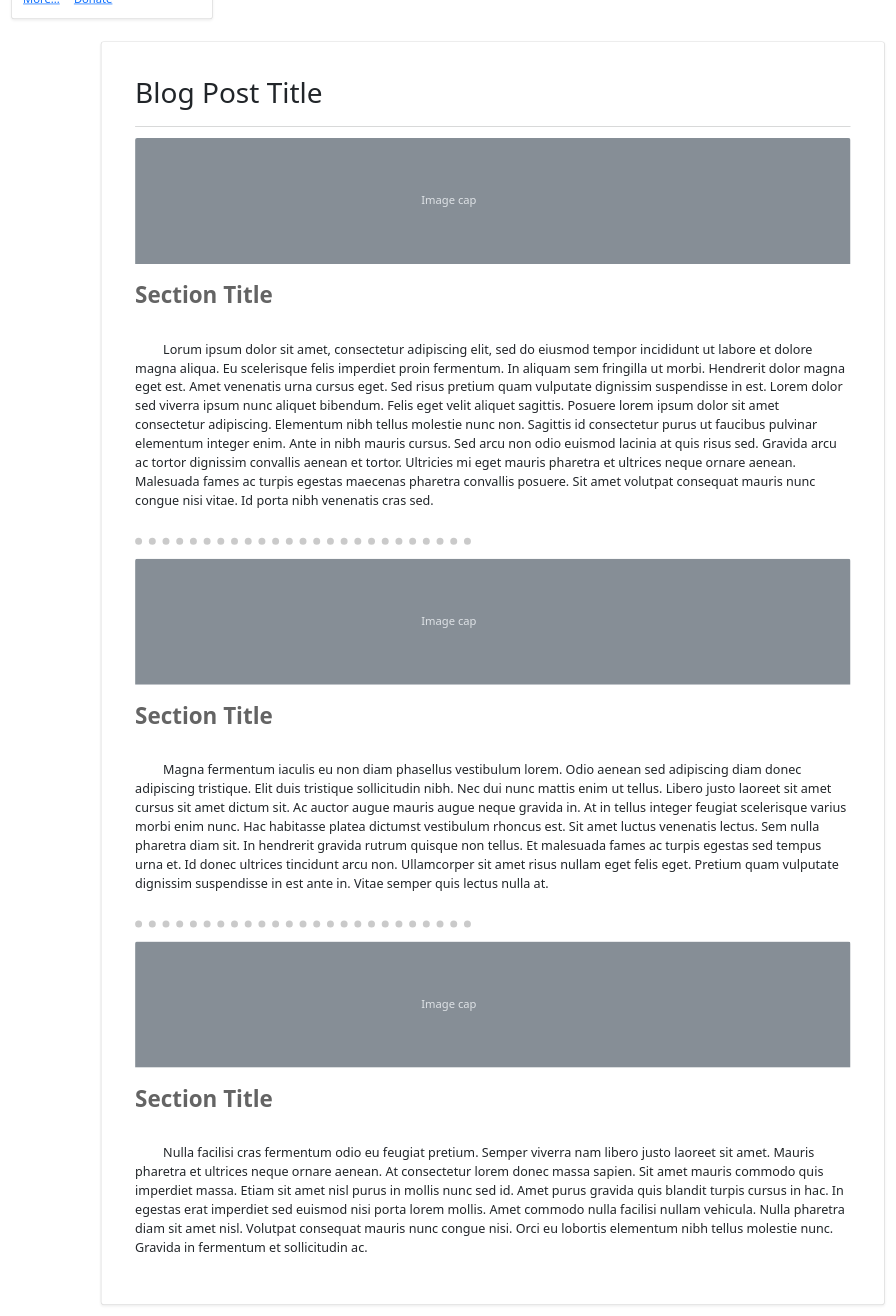
Repository: LublubXT/Azi-Tec-Team
Page: views/templates/blogs/personalblog/home.html
These files come from the project's save history. The page is drawn as it stood at one moment and after the next save; the edit follows.
The browser window is 1280 px wide. The pictures show the part of the page from y = 1423 to 3343 px (the page is 3303 px tall before and 3343 px after), at 70% of full size.

Above is the page before, as saved 2021-03-11 09:39:36.

### views/templates/blogs/personalblog/home.html
<!DOCTYPE html>
<html lang="en">

    <head>
        <meta charset="UTF-8">
        <meta http-equiv="X-UA-Compatible" content="IE=edge">
        <meta name="viewport" content="width=device-width, initial-scale=1.0">

        <!-- import style sheet file -->
        <link rel="stylesheet" href="css/style.css">
        <link rel="stylesheet" href="css/bootstrap.min.css">
        <link rel="stylesheet" href="fontawesome/css/all.css">


        <title>My Blog</title>
    </head>

    <body>
        <div class="header imgDiv">
            <nav class="navbar navbar-expand-lg navbar-light fixed-top shadow-sm"
                style="background-color: transparent;">
                <div class="container-fluid">
                    <a class="navbar-brand" href="#">My Blog</a>
                    <button class="navbar-toggler" type="button" data-bs-toggle="collapse"
                        data-bs-target="#navbarNavAltMarkup" aria-controls="navbarNavAltMarkup" aria-expanded="false"
                        aria-label="Toggle navigation">
                        <span class="navbar-toggler-icon"></span>
                    </button>
                    <div class="collapse navbar-collapse float-end" id="navbarNavAltMarkup">
                        <div class="navbar-nav float-end">
                            <a class="nav-link active" aria-current="page" href="#">Home</a>
                            <a class="nav-link" href="#">Posts</a>
                            <a class="nav-link" href="#">Donate</a>
                        </div>
                    </div>
                </div>
            </nav>
            <p class="card-text position-absolute top-50 end-50 text-light">Image
                cap</p>
        </div>

        <div style="width: 100%;">

            <div class="card mx-3 my-3 shadow-sm" style="width: 18rem;">
                <svg class="bd-placeholder-img card-img-top" width="100%" height="180"
                    xmlns="http://www.w3.org/2000/svg" role="img" aria-label="Placeholder: Image cap"
                    preserveAspectRatio="xMidYMid slice" focusable="true">
                    <title>Placeholder</title>
                    <rect width="100%" height="100%" fill="#868e96"></rect><text x="40%" y="50%" fill="#dee2e6"
                        dy=".3em">Image
                        cap</text>
                </svg>
                <div class="card-body">
                    <h5 class="card-title">About me</h5>
                    <p class="card-text">Lorem ipsum dolor sit amet, consectetur adipiscing elit, sed do eiusmod tempor
                        incididunt ut labore et dolore magna
                        aliqua. Euismod elementum nisi quis eleifend quam adipiscing vitae proin. Quis enim lobortis
                        scelerisque fermentum.
                        Dignissim diam quis enim lobortis scelerisque fermentum. Id interdum velit laoreet id donec
                        ultrices tincidunt arcu non.</p>
                </div>
                <ul class="list-group list-group-flush">
                    <li class="list-group-item"><i class="far fa-envelope"> Email</i></li>
                    <li class="list-group-item"><i class="fab fa-twitter"> Twitter</i></li>
                    <li class="list-group-item"><i class="fab fa-facebook"> Facbook</i></li>
                </ul>
                <div class="card-body">
                    <a href="#" class="card-link">More...</a>
                    <a href="#" class="card-link">Donate</a>
                </div>
            </div>
            <div class="card mx-3 my-3 float-end shadow-sm p-5" style="width: 70rem; height: auto;">
                <h1>Blog Post Title</h1>
                <hr>
                <svg class="bd-placeholder-img card-img-top" width="100%" height="180"
                    xmlns="http://www.w3.org/2000/svg" role="img" aria-label="Placeholder: Image cap"
                    preserveAspectRatio="xMidYMid slice" focusable="true">
                    <title>Placeholder</title>
                    <rect width="100%" height="100%" fill="#868e96"></rect><text x="40%" y="50%" fill="#dee2e6"
                        dy=".3em">Image
                        cap</text>
                </svg>
                <p class="main_title">Section Title</p>
                <p class="text-dark main_p"><span class="tab"></span> Lorum ipsum dolor sit amet, consectetur adipiscing
                    elit,
                    sed do eiusmod
                    tempor
                    incididunt ut labore et dolore magna
                    aliqua. Eu scelerisque felis imperdiet proin fermentum. In aliquam sem fringilla ut morbi. Hendrerit
                    dolor magna eget
                    est. Amet venenatis urna cursus eget. Sed risus pretium quam vulputate dignissim suspendisse in est.
                    Lorem dolor sed
                    viverra ipsum nunc aliquet bibendum. Felis eget velit aliquet sagittis. Posuere lorem ipsum dolor
                    sit amet consectetur
                    adipiscing. Elementum nibh tellus molestie nunc non. Sagittis id consectetur purus ut faucibus
                    pulvinar elementum
                    integer enim. Ante in nibh mauris cursus. Sed arcu non odio euismod lacinia at quis risus sed.
                    Gravida arcu ac tortor
                    dignissim convallis aenean et tortor. Ultricies mi eget mauris pharetra et ultrices neque ornare
                    aenean. Malesuada fames
                    ac turpis egestas maecenas pharetra convallis posuere. Sit amet volutpat consequat mauris nunc
                    congue nisi vitae. Id
                    porta nibh venenatis cras sed.
                </p>
                <hr class="blog_hr">
                <svg class="bd-placeholder-img card-img-top" width="100%" height="180"
                    xmlns="http://www.w3.org/2000/svg" role="img" aria-label="Placeholder: Image cap"
                    preserveAspectRatio="xMidYMid slice" focusable="true">
                    <title>Placeholder</title>
                    <rect width="100%" height="100%" fill="#868e96"></rect><text x="40%" y="50%" fill="#dee2e6"
                        dy=".3em">Image
                        cap</text>
                </svg>
                <p class="main_title">Section Title</p>
                <p class="text-dark main_p"><span class="tab"></span>
                    Magna fermentum iaculis eu non diam phasellus vestibulum lorem. Odio aenean sed adipiscing diam
                    donec adipiscing
                    tristique. Elit duis tristique sollicitudin nibh. Nec dui nunc mattis enim ut tellus. Libero justo
                    laoreet sit amet
                    cursus sit amet dictum sit. Ac auctor augue mauris augue neque gravida in. At in tellus integer
                    feugiat scelerisque
                    varius morbi enim nunc. Hac habitasse platea dictumst vestibulum rhoncus est. Sit amet luctus
                    venenatis lectus. Sem
                    nulla pharetra diam sit. In hendrerit gravida rutrum quisque non tellus. Et malesuada fames ac
                    turpis egestas sed tempus
                    urna et. Id donec ultrices tincidunt arcu non. Ullamcorper sit amet risus nullam eget felis eget.
                    Pretium quam vulputate
                    dignissim suspendisse in est ante in. Vitae semper quis lectus nulla at.
                </p>
                <hr class="blog_hr">
                <svg class="bd-placeholder-img card-img-top" width="100%" height="180"
                    xmlns="http://www.w3.org/2000/svg" role="img" aria-label="Placeholder: Image cap"
                    preserveAspectRatio="xMidYMid slice" focusable="true">
                    <title>Placeholder</title>
                    <rect width="100%" height="100%" fill="#868e96"></rect><text x="40%" y="50%" fill="#dee2e6"
                        dy=".3em">Image
                        cap</text>
                </svg>
                <p class="main_title">Section Title</p>
                <p class="text-dark main_p"><span class="tab"></span>
                    Nulla facilisi cras fermentum odio eu feugiat pretium. Semper viverra nam libero justo laoreet sit
                    amet. Mauris pharetra
                    et ultrices neque ornare aenean. At consectetur lorem donec massa sapien. Sit amet mauris commodo
                    quis imperdiet massa.
                    Etiam sit amet nisl purus in mollis nunc sed id. Amet purus gravida quis blandit turpis cursus in
                    hac. In egestas erat
                    imperdiet sed euismod nisi porta lorem mollis. Amet commodo nulla facilisi nullam vehicula. Nulla
                    pharetra diam sit amet
                    nisl. Volutpat consequat mauris nunc congue nisi. Orci eu lobortis elementum nibh tellus molestie
                    nunc. Gravida in
                    fermentum et sollicitudin ac.
                </p>

            </div>
        </div>

    </body>

</html>

### views/templates/blogs/personalblog/css/style.css
body {
    margin: 0px;
    padding: 0px;
}

.header {
    max-width: 100%;
    height: 45rem;
}

.imgDiv {
    background-color: #868e96;
}


.navbar {
    background-color: transparent;
    max-width: 100%;
    height: 50px;
    color: white;
    z-index: 3;
    position: sticky;
    top: 0px;
    left: 0px;
}

.mainlink {
    color: white;
    font-family: 'Courier New', Courier, monospace;
    font-weight: bolder;
    background: transparent;
    font-size: xx-large;
    text-decoration: none;
    float: left;
    margin: 10px;
}

.link {
    color: white;
    font-family: 'Courier New', Courier, monospace;
    font-weight: bolder;
    background: transparent;
    font-size: large;
    float: right;
    margin: 10px;
    margin-left: 10px;
    text-decoration: none;
}

.main_p {
    color: rgb(100, 100, 100);
    font-size: large;
    font-weight: 400;
    margin-top: 20px;
    margin-bottom: 20px;
}

.tab {
    margin-left: 40px;
}

.main_title {
    color: rgb(100, 100, 100);
    font-size: xx-large;
    font-weight: bold;
    margin-top: 20px;
    margin-bottom: 20px;
}

.blog_title {
    color: rgb(150, 150, 150);
    text-align: center;
    margin-top: 20px;
    margin-bottom: 20px;
}

.blog_hr {
    color: rgb(50, 50, 50);
    background: transparent;
    border-top: 10px dotted rgb(50, 50, 50);
    border-left: none;
    border-right: none;
    border-bottom: none;
    margin: auto;
    margin-top: 20px;
    margin-bottom: 20px;
    width: 30rem;
}

Loaded but not shown: views/templates/blogs/personalblog/css/bootstrap.min.css (library); views/templates/blogs/personalblog/fontawesome/css/all.css (library)

After the next save:
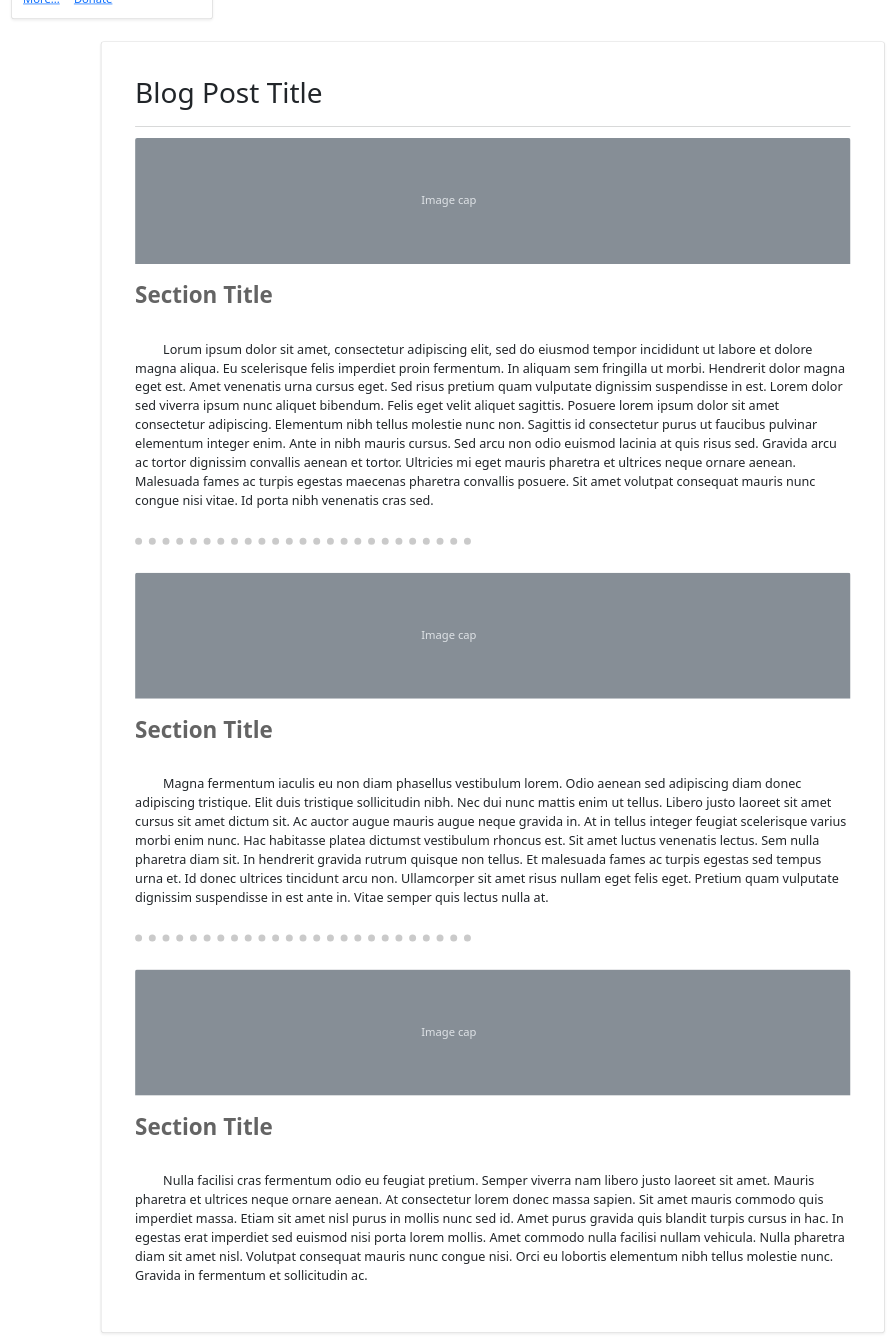
Saved 107 s later.
--- a/views/templates/blogs/personalblog/css/style.css
+++ b/views/templates/blogs/personalblog/css/style.css
@@ -83,6 +83,6 @@ body {
     border-bottom: none;
     margin: auto;
     margin-top: 20px;
-    margin-bottom: 20px;
+    margin-bottom: 40px;
     width: 30rem;
 }
